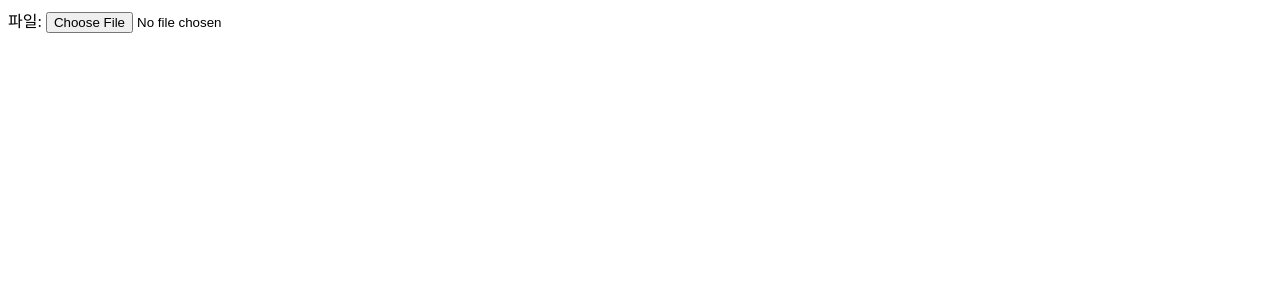
Repository: LeeKukJu/JSP-Study
Page: http://localhost/JSPBookExcercise/ch07/fileupload02.jsp
An editor plug-in stored every save of this project. The page is shown before and after the next save, followed by the edit.
The browser window is 1280 px wide. The pictures show the whole page.
The page is served by Tomcat 9.

Above is the page before, as saved 2023-01-30 11:23:32.

After the next save:
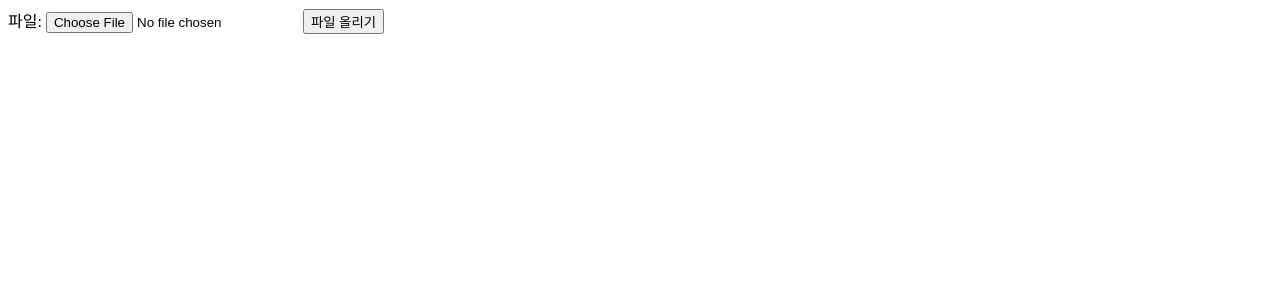
Saved 2 min 24 s later.
--- a/JSPBookExcercise/WebContent/ch07/fileupload02.jsp
+++ b/JSPBookExcercise/WebContent/ch07/fileupload02.jsp
@@ -9,6 +9,7 @@
 <body>
 	<form action="fileupload02_process.jsp" method="post" enctype="multipart/form-data">
 		파일: <input type="file" name="filename">
+		<input type="submit" value="파일 올리기">
 	</form>
 </body>
 </html>
